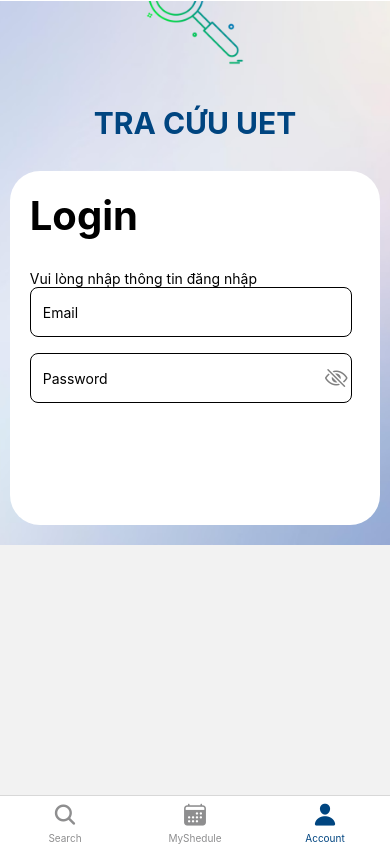
Repository: nguyenkhackien/Student-Progress-Tracker-
Screen: /Account (app in MyApp/)
The author's editor kept a copy of each file at every save. The screen is drawn from the files as they stood at one save, then again after a run of saves.
The app was drawn by React Native's web renderer in a window 390 px wide. The project was rebuilt for these pictures with package versions that can differ from the ones it lists, and the page was loaded fresh each time. Also part of the build but not shown: MyApp/src/components/MyScheduleScreen.js.

Above is the screen before, as saved 2024-07-21 22:09:21.

### MyApp/App.js
import { createBottomTabNavigator } from "@react-navigation/bottom-tabs"
import { StatusBar } from "react-native"
import { Platform, SafeAreaView, StyleSheet, Text, View } from "react-native"
import AccountScreen from "./src/components/AccountScreen"
import MyScheduleScreen from "./src/components/MyScheduleScreen"
import SearchScreen from "./src/components/SearchSreen"
import { NavigationContainer } from "@react-navigation/native"
import { primaryColor } from "./src/Constants/Color"
import { Ionicons } from "@expo/vector-icons"

const Tab = createBottomTabNavigator()
const screenOptions = {
    headerShown: false,
    tabBarActiveTintColor: primaryColor,
}
export default function App() {
    return (
        <SafeAreaView style={styles.root}>
            <NavigationContainer>
                <Tab.Navigator screenOptions={screenOptions}>
                    <Tab.Screen
                        name="Search"
                        component={SearchScreen}
                        options={{
                            tabBarIcon: ({ focus, color, size }) => {
                                return (
                                    <Ionicons
                                        name={"search"}
                                        size={size}
                                        color={color}
                                    />
                                )
                            },
                        }}
                    />
                    <Tab.Screen
                        name="MyShedule"
                        component={MyScheduleScreen}
                        options={{
                            tabBarIcon: ({ focus, color, size }) => {
                                return (
                                    <Ionicons
                                        name={"calendar"}
                                        size={size}
                                        color={color}
                                    />
                                )
                            },
                        }}
                    />
                    <Tab.Screen
                        name="Account"
                        component={AccountScreen}
                        options={{
                            tabBarIcon: ({ focus, color, size }) => {
                                return (
                                    <Ionicons
                                        name={"person"}
                                        size={size}
                                        color={color}
                                    />
                                )
                            },
                        }}
                    />
                </Tab.Navigator>
            </NavigationContainer>
        </SafeAreaView>
    )
}
const styles = StyleSheet.create({
    root: {
        flex: 1,
        paddingTop: Platform.OS === "android" ? StatusBar.currentHeight : 1,
    },

})

### MyApp/src/components/AccountScreen.js
import { StyleSheet, Text, View } from "react-native"
import LoginScreen from "./LoginScreen"
export default function AccountScreen() {
    return (
        <LoginScreen/>
    )
}
const style = StyleSheet.create({

})

### MyApp/src/components/SearchSreen.js
import { StyleSheet, Text, View } from "react-native"

export default function SearchScreen() {
    return (
        <View>
            <Text> Search screen</Text>
        </View>
    )
}

### MyApp/src/Constants/Color.js
export const primaryColor = "#004580"

### MyApp/src/components/LoginScreen.js
import React, { useState } from "react"
import {
    View,
    Text,
    Image,
    TextInput,
    TouchableOpacity,
    ImageBackground,
} from "react-native"
import { Ionicons } from "@expo/vector-icons"
import { primaryColor } from "../Constants/Color"

const LoginScreen = () => {
    const [Email, setEmail] = useState("")
    const [password, setPassword] = useState("")
    const [passwordVisible, setPasswordVisible] = useState(false)

    const togglePasswordVisibility = () => {
        setPasswordVisible(!passwordVisible)
    }

    return (
        <View>
            <ImageBackground
                source={require("../../assets/bgc.png")}
                style={{ width: "100%", height: "100%" }}
            >
                <View style={styles.container}>
                    <Image
                        source={require("../../assets/logo.png")}
                        style={styles.logoIcon}
                    />
                    <Text style={styles.title}>TRA CỨU UET</Text>
                    <View style={styles.loginContainer}>
                        <Text style={styles.title}>
                            <Text style={{fontSize:40,color:'black'}}>Login</Text>
                        </Text>
                        <Text>Vui lòng nhập thông tin đăng nhập</Text>
                        <View style={styles.inputContainer}>
                            <TextInput
                                style={styles.input}
                                onChangeText={setEmail}
                                value={Email}
                                placeholder="Email"
                            />
                        </View>
                        <View style={styles.inputContainer}>
                            <TextInput
                                style={styles.input}
                                onChangeText={setPassword}
                                value={password}
                                placeholder="Password"
                                secureTextEntry={!passwordVisible}
                            />
                            <TouchableOpacity
                                onPress={togglePasswordVisibility}
                                style={styles.eyeIcon}
                            >
                                <Ionicons
                                    name={
                                        passwordVisible
                                            ? "eye-outline"
                                            : "eye-off-outline"
                                    }
                                    size={24}
                                    color="grey"
                                />
                            </TouchableOpacity>
                        </View>
                    </View>
                </View>
            </ImageBackground>
        </View>
    )
}

const styles = {
    container: {
        flex: 1,
        justifyContent:"flex-end",
        alignItems: "center",
    },
    title: {
        fontSize: 30,
        fontWeight: "bold",
        marginBottom: 30,
        color: primaryColor,
    },
    logoIcon: {
        width: 150,
        height: 150,
        marginVertical: 20,
    },
    loginContainer: {
        width: "95%",
        height: "65%",
        padding: 20,
        marginBottom:20,
        backgroundColor: "white",
        borderRadius: 30,
    },
    inputContainer: {
        flexDirection: "row",
        alignItems: "center",
        marginBottom: 16,
    },
    input: {
        flex: 1,
        height: 50,
        borderWidth: 1,
        borderRadius: 8,
        paddingHorizontal: 12,
        marginRight: 8,
    },
    phoneIcon: {
        position: "absolute",
        right: 12,
    },
    eyeIcon: {
        position: "absolute",
        right: 12,
    },
}

export default LoginScreen

After the next 2 saves:
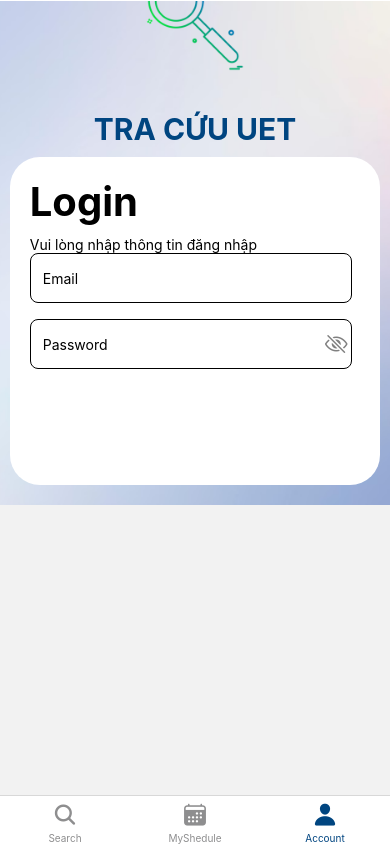
The 2 saves are shown as one change because they came seconds apart.
The last was saved 16 s later.
--- a/MyApp/src/components/LoginScreen.js
+++ b/MyApp/src/components/LoginScreen.js
@@ -83,7 +83,7 @@
     title: {
         fontSize: 30,
         fontWeight: "bold",
-        marginBottom: 30,
+        marginBottom: 10,
         color: primaryColor,
     },
     logoIcon: {

After the save that followed:
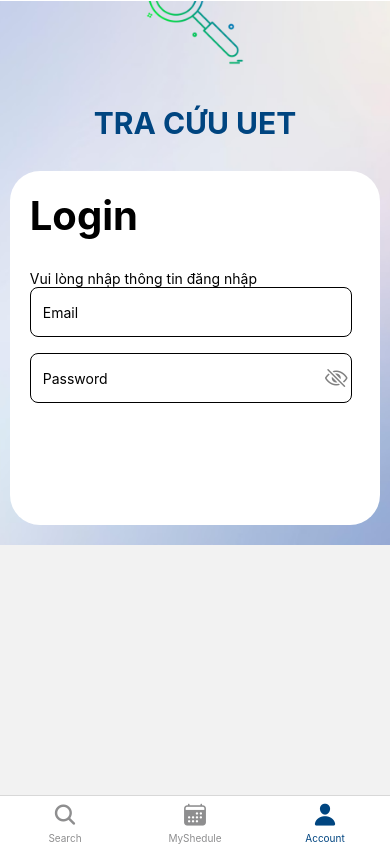
Saved 6 s later.
--- a/MyApp/src/components/LoginScreen.js
+++ b/MyApp/src/components/LoginScreen.js
@@ -83,7 +83,7 @@
     title: {
         fontSize: 30,
         fontWeight: "bold",
-        marginBottom: 10,
+        marginBottom: 30,
         color: primaryColor,
     },
     logoIcon: {
